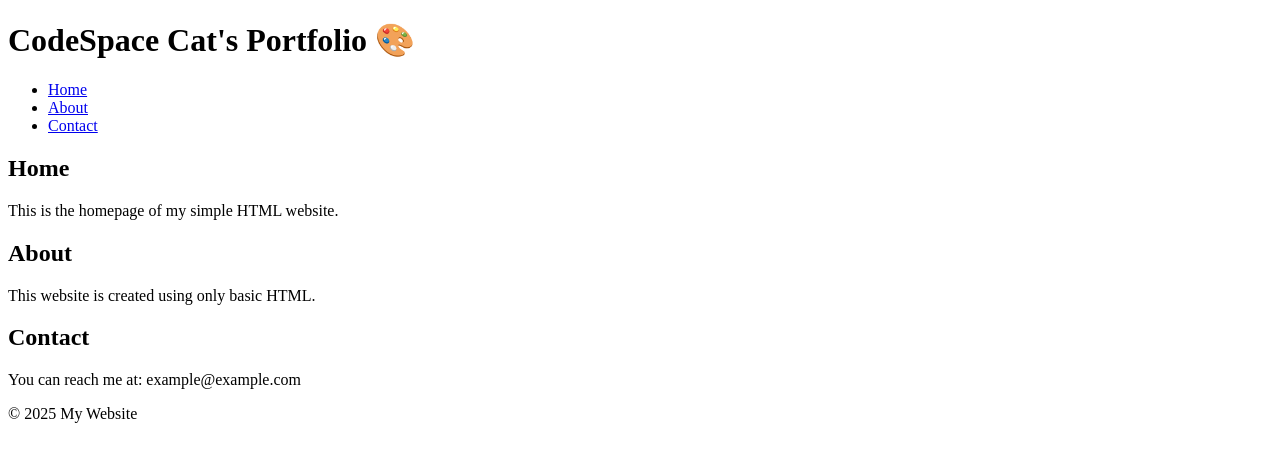
Repository: andajonas/Module_04_ANDJON25111_fto2502_A2_Anda-Jonas_SDF02
Page: index.html
The author's editor kept a copy of each file at every save. The page is drawn from the files as they stood at one save, then again after the next save.
The browser window is 1280 px wide. The pictures show the whole page.

Above is the page before, as saved 2025-03-05 08:51:20.

### index.html
<!DOCTYPE html>
<html>
<head>

</head>
<body>
    <header>
        <h1>CodeSpace Cat's Portfolio 🎨</h1>
    </header>
    <nav>
        <ul>
            <li><a href="#home">Home</a></li>
            <li><a href="#about">About</a></li>
            <li><a href="#contact">Contact</a></li>
        </ul>
    </nav>
    <section id="home">
        <h2>Home</h2>
        <p>This is the homepage of my simple HTML website.</p>
    </section>
    <section id="about">
        <h2>About</h2>
        <p>This website is created using only basic HTML.</p>
    </section>
    <section id="contact">
        <h2>Contact</h2>
        <p>You can reach me at: example@example.com</p>
    </section>
    <footer>
        <p>&copy; 2025 My Website</p>
    </footer>
</body>
</html>

After the next save:
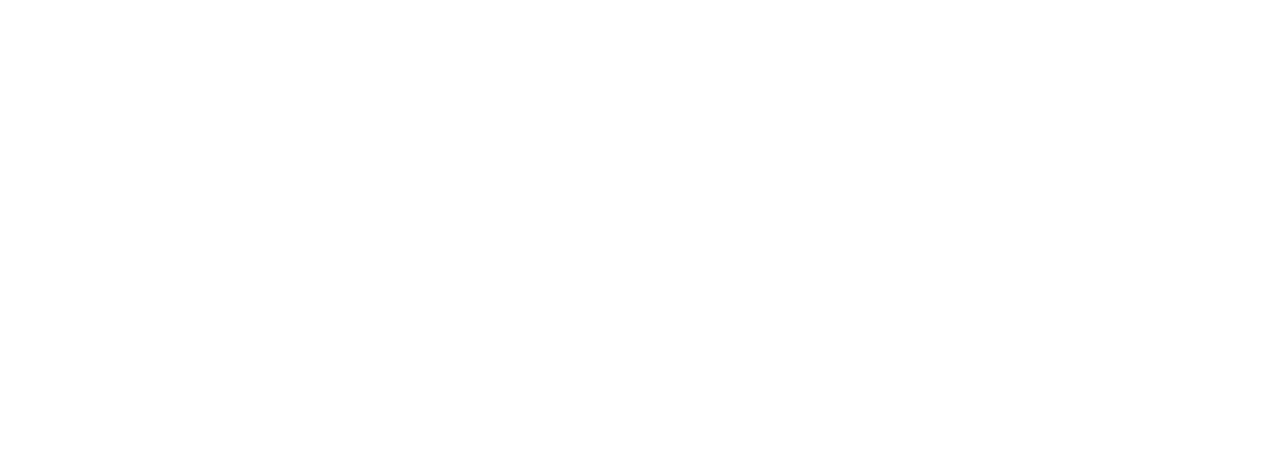
Saved 5 s later.
--- a/index.html
+++ b/index.html
@@ -1,7 +1,7 @@
 <!DOCTYPE html>
 <html>
 <head>
-
+    <title
 </head>
 <body>
     <header>

After the 4 saves that followed:
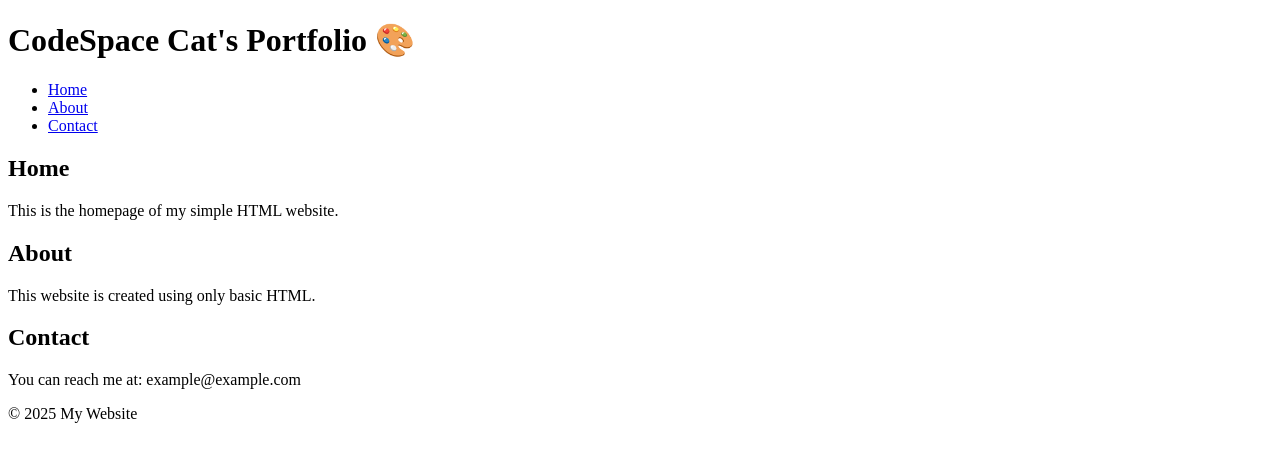
The 4 saves are shown as one change because they came seconds apart.
The last was saved 11 s later.
--- a/index.html
+++ b/index.html
@@ -1,7 +1,7 @@
 <!DOCTYPE html>
 <html>
 <head>
-    <title
+    <title>CodeSpace Cat</title>
 </head>
 <body>
     <header>
